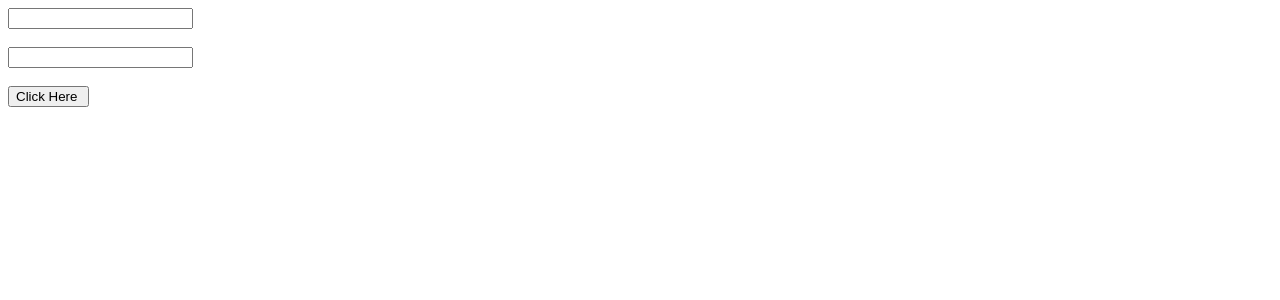
Repository: Altafalinadaf/SimpleProjects
Page: servletDemo6/src/main/webapp/index.html
An editor plug-in stored every save of this project. The page is shown before and after the next save, followed by the edit.
The browser window is 1280 px wide. The pictures show the whole page.

Above is the page before, as saved 2023-10-31 04:54:28.

After the next save:
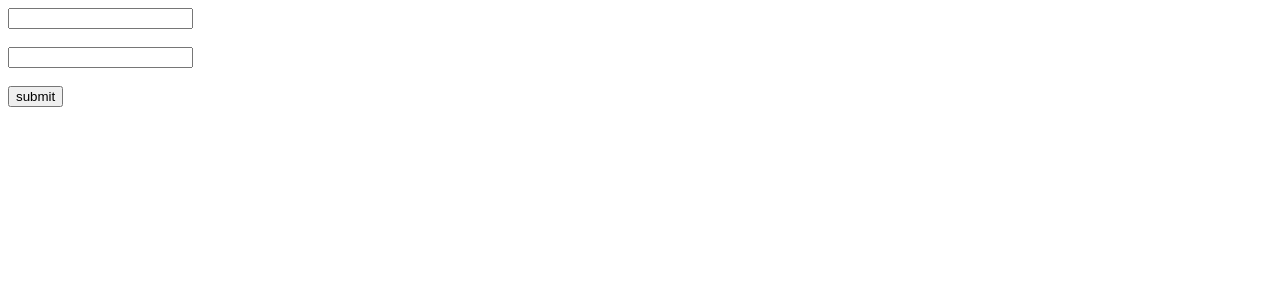
Saved 80 s later.
--- a/servletDemo6/src/main/webapp/index.html
+++ b/servletDemo6/src/main/webapp/index.html
@@ -7,10 +7,11 @@
 </head>
 
 <body>
-	<form action="myform" method="post">
+
+	<form action="myForm" method="post">
 		<input type="text" name="name" /> <br /> <br />
 		<input type="text" name="email" /> <br /> <br />
-		<input type="submit" value="Click Here " />
+		<button> submit</button>
 
 	</form>
 

After the save that followed:
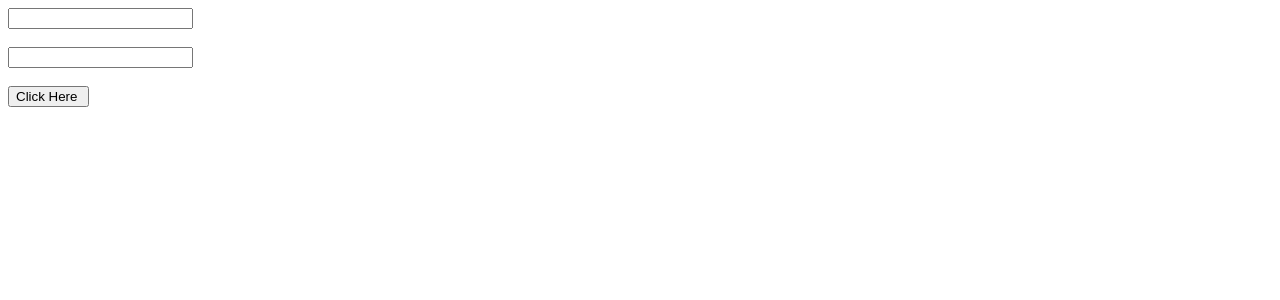
Saved 112 s later.
--- a/servletDemo6/src/main/webapp/index.html
+++ b/servletDemo6/src/main/webapp/index.html
@@ -11,7 +11,7 @@
 	<form action="myForm" method="post">
 		<input type="text" name="name" /> <br /> <br />
 		<input type="text" name="email" /> <br /> <br />
-		<button> submit</button>
+		<input type="submit" value="Click Here " />
 
 	</form>
 
